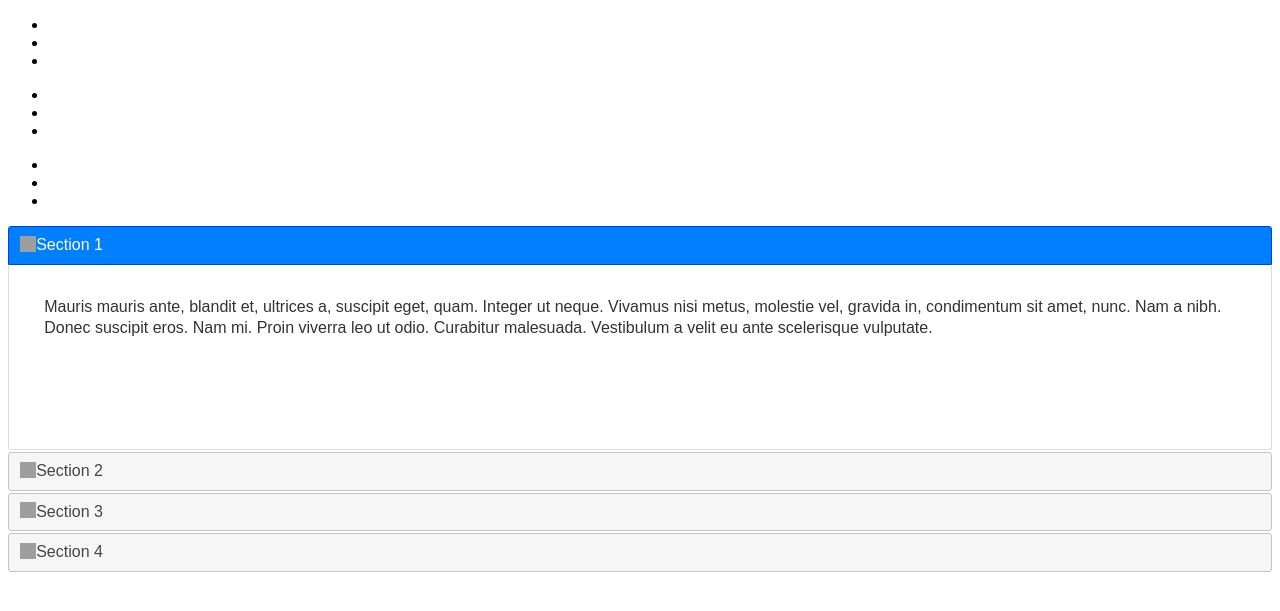
Repository: jwsimhj97/jwork_n
Page: JSPProject/WebContent/03-08/accoExam.html
These files come from the project's save history. The page is drawn as it stood at one moment and after the next save; the edit follows.
The browser window is 1280 px wide. The pictures show the whole page.
Pictures or frames that could not be fetched are drawn as grey boxes.

Above is the page before, as saved 2022-03-08 08:54:34.

### JSPProject/WebContent/03-08/accoExam.html
<!doctype html>
<html lang="en">
<head>
  <meta charset="utf-8">
  <meta name="viewport" content="width=device-width, initial-scale=1">
  <title>jQuery UI Accordion - Collapse content</title>
  <link rel="stylesheet" href="https://code.jquery.com/ui/1.13.1/themes/base/jquery-ui.css">
  <script src="https://code.jquery.com/jquery-3.6.0.js"></script>
  <script src="https://code.jquery.com/ui/1.13.1/jquery-ui.js"></script>
  <script>
  $( function() {
    $( "#accordion" ).accordion({
      collapsible: true
    });
  } );
  </script>
</head>
<body>

<div>
	<ul>
		<li></li>
		<li></li>
		<li></li>
	</ul>
	<ul>
		<li></li>
		<li></li>
		<li></li>
	</ul>
	<ul>
		<li></li>
		<li></li>
		<li></li>
	</ul>
</div>

<div id="accordion">
  <h3>Section 1</h3>
  <div>
    <p>Mauris mauris ante, blandit et, ultrices a, suscipit eget, quam. Integer ut neque. Vivamus nisi metus, molestie vel, gravida in, condimentum sit amet, nunc. Nam a nibh. Donec suscipit eros. Nam mi. Proin viverra leo ut odio. Curabitur malesuada. Vestibulum a velit eu ante scelerisque vulputate.</p>
  </div>
  <h3>Section 2</h3>
  <div>
    <p>Sed non urna. Donec et ante. Phasellus eu ligula. Vestibulum sit amet purus. Vivamus hendrerit, dolor at aliquet laoreet, mauris turpis porttitor velit, faucibus interdum tellus libero ac justo. Vivamus non quam. In suscipit faucibus urna. </p>
  </div>
  <h3>Section 3</h3>
  <div>
    <p>Nam enim risus, molestie et, porta ac, aliquam ac, risus. Quisque lobortis. Phasellus pellentesque purus in massa. Aenean in pede. Phasellus ac libero ac tellus pellentesque semper. Sed ac felis. Sed commodo, magna quis lacinia ornare, quam ante aliquam nisi, eu iaculis leo purus venenatis dui. </p>
    <ul>
      <li>List item one</li>
      <li>List item two</li>
      <li>List item three</li>
    </ul>
  </div>
  <h3>Section 4</h3>
  <div>
    <p>Cras dictum. Pellentesque habitant morbi tristique senectus et netus et malesuada fames ac turpis egestas. Vestibulum ante ipsum primis in faucibus orci luctus et ultrices posuere cubilia Curae; Aenean lacinia mauris vel est. </p><p>Suspendisse eu nisl. Nullam ut libero. Integer dignissim consequat lectus. Class aptent taciti sociosqu ad litora torquent per conubia nostra, per inceptos himenaeos. </p>
  </div>
</div>


</body>
</html>

After the next save:
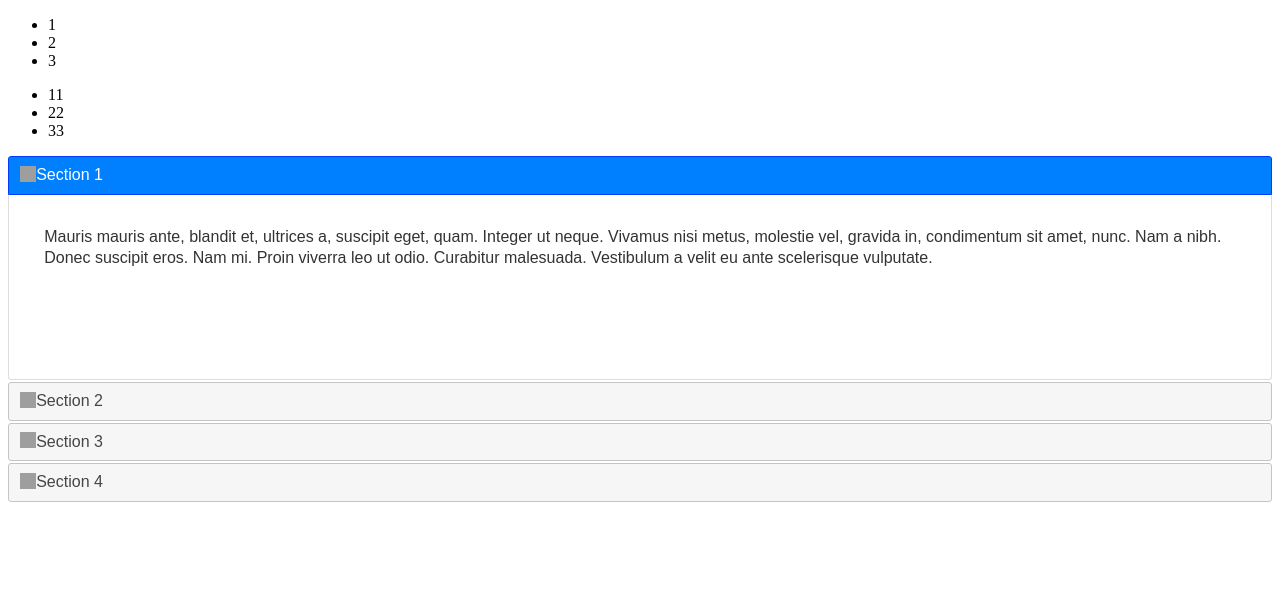
Saved 46 s later.
--- a/JSPProject/WebContent/03-08/accoExam.html
+++ b/JSPProject/WebContent/03-08/accoExam.html
@@ -17,21 +17,17 @@
 </head>
 <body>
 
+
 <div>
 	<ul>
-		<li></li>
-		<li></li>
-		<li></li>
+		<li>1</li>
+		<li>2</li>
+		<li>3</li>
 	</ul>
 	<ul>
-		<li></li>
-		<li></li>
-		<li></li>
-	</ul>
-	<ul>
-		<li></li>
-		<li></li>
-		<li></li>
+		<li>11</li>
+		<li>22</li>
+		<li>33</li>
 	</ul>
 </div>
 
